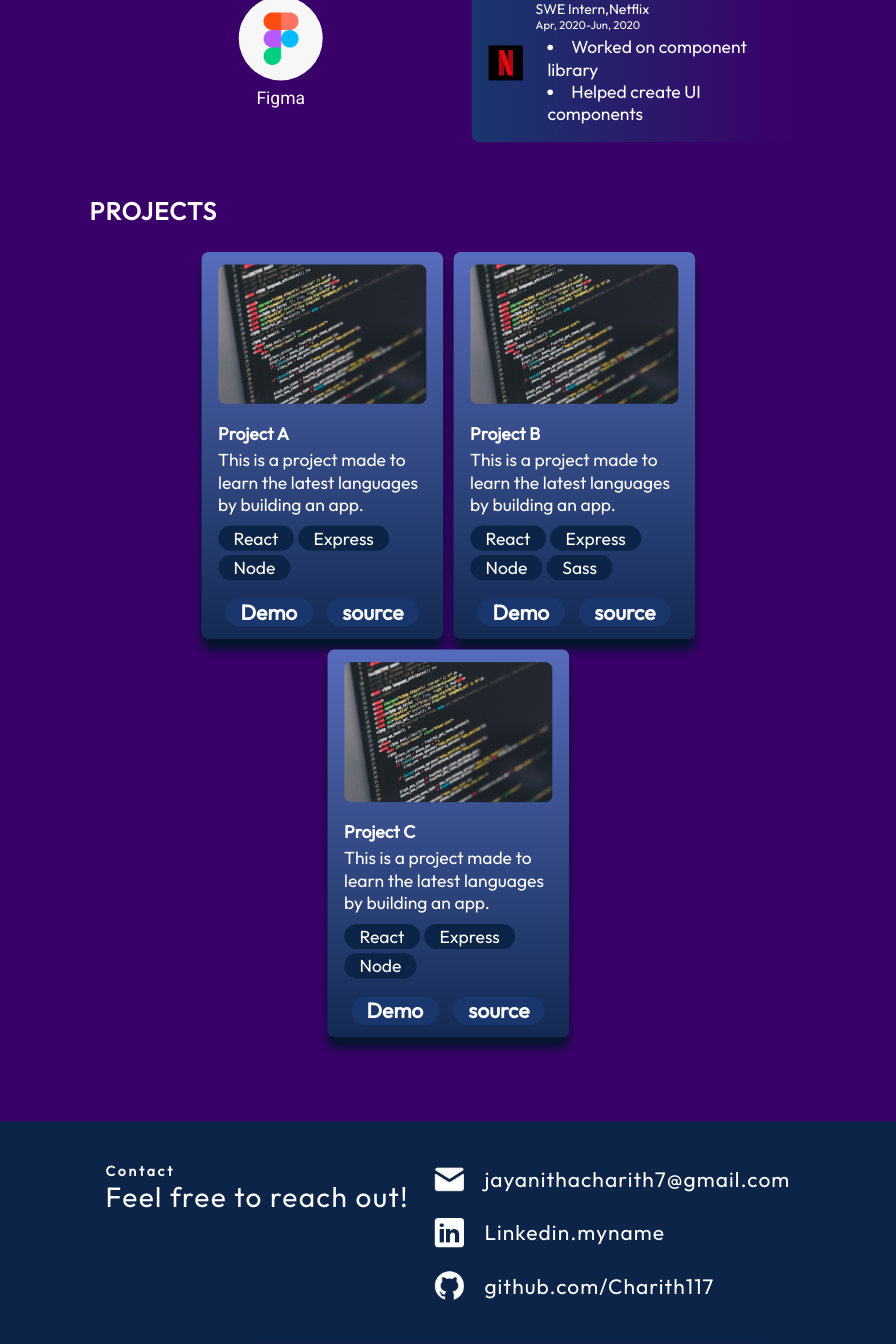
Repository: Charith117/personl-portfolio
Page: /
These files come from the project's save history. The page is drawn as it stood at one moment and after the next save; the edit follows.
The browser window is 1280 px wide. The pictures show the part of the page from y = 2137 to 4057 px (the page is 4057 px tall), at 70% of full size.
The project was rebuilt for these pictures with package versions that can differ from the ones it lists, and the page was loaded fresh each time. Also part of the build but not shown: vite.config.js.

Above is the page before, as saved 2024-06-18 11:49:02.

### index.html
<!doctype html>
<html lang="en">
  <head>
    <meta charset="UTF-8" />
    <link rel="icon" type="image/svg+xml" href="/vite.svg" />
    <meta name="viewport" content="width=device-width, initial-scale=1.0" />
    <title>My portfolio</title>
  </head>
  <body>
    <div id="root"></div>
    <script type="module" src="/src/main.jsx"></script>
  </body>
</html>

### src/main.jsx
import React from 'react'
import ReactDOM from 'react-dom/client'
import App from './App.jsx'
import './index.css'
import "@fontsource/outfit"
import "@fontsource/roboto"
ReactDOM.createRoot(document.getElementById('root')).render(
  <React.StrictMode>
    <App />
  </React.StrictMode>,
)

### src/App.jsx
import styles from "./App.module.css"
import About from "./components/About/About"
import { Contacts } from "./components/Contact/Contacts"
import Experience from "./components/Experience/Experience"
import Hero from "./components/Hero/Hero"
import Navbar from "./components/Navbar/Navbar"
import { Projects } from "./components/Projects/Projects"




function App() {


  return (
    <>
      <div className={styles.App}>
        <Navbar />
        <Hero/>
        <About/>
        <Experience/>
        <Projects/>
       <Contacts/>
      </div>
    </>
  )
}

export default App

### src/index.css
*{
  box-sizing: border-box;
  margin: 0;
  padding: 0;
  font-family: "outfit",Arial,Helvetica,sans-serif;
}
html{
  scroll-behavior: smooth;
}

### src/App.module.css
@import "./var.css";

.App{
    background-color:var(--color-bg);
    width: 100%;
    height: 100%;
    overflow: hidden;

}

### src/components/About/About.jsx
import React from 'react'
import styles from "./About.module.css"
import {getImageUrl} from "../../util";

const About = () => {
  return (
    <section className={styles.container}id='about'>
        <h2 className={styles.title}>about</h2>
        <div className={styles.content}>
            <img className={styles.aboutImage} src={getImageUrl("about/aboutImage.png")} alt="mMe sitting with the laptop" />
            <ul className={styles.aboutItems}>
                <li className={styles.aboutItem}>
                    <img src={getImageUrl("about/cursorIcon.png")} alt="cursor icon" />
                    <div className={styles.aboutItemText}>
                        <h3>Frontend Developer</h3>
                        <p>I'm a frontend developer with a passion for building responsive, scalable, and maintainable</p>
                    </div>
                </li>

                <li className={styles.aboutItem} >
                    <img src={getImageUrl("about/serverIcon.png")} alt="cursor icon" />
                    <div className={styles.aboutItemText}>
                        <h3>Backend Developer</h3>
                        <p>I'm a backend developer with a passion for building scalable, secure, and efficient</p>

                    </div>
                </li>

                <li className={styles.aboutItem}>
                    <img src={getImageUrl("about/uiIcon.png")} alt="cursor icon" />
                    <div className={styles.aboutItemText}>
                        <h3>UI/UX Designer</h3>
                        <p>I'm a UI/UX designer with a passion for building intuitive, user-friendly,</p>
                    </div>
                </li>
            </ul>
        </div>
    </section>
  )
}

export default About

### src/components/Contact/Contacts.jsx
import React from 'react'
import {getImageUrl} from "../../util"
import styles from "./Contact.module.css"
export const Contacts = () => {
  return (
    <footer className={styles.container}>
    <div className={styles.text}>
        <h2>Contact</h2>
        <p>Feel free to reach out!</p>
    </div>
    <ul className={styles.links}>
        <li className={styles.link}>
            <img src={getImageUrl("contact/emailIcon.png")} alt="emial icon" />
            <a href="mailto:jayanithacharith7@gmail.com">jayanithacharith7@gmail.com</a>
        </li>
        <li className={styles.link}>
            <img src={getImageUrl("contact/linkedinIcon.png")} alt="linked icon" />
            <a href="https://www.linkedin.com/myname">Linkedin.myname</a>
        </li>
        <li className={styles.link}>
            <img src={getImageUrl("contact/githubIcon.png")} alt="emial icon" />
            <a href="https://github.com/Charith117">github.com/Charith117</a>
        </li>
    </ul>
</footer>
  )
}

### src/components/Experience/Experience.jsx
import React from 'react'
import skills from "../../data/skills.json"
import history from "../../data/history.json"
import styles from "./Experience.module.css"
import { getImageUrl } from '../../util'
const Experience = () => {
  return (

    <section className={styles.container} id='experience'>
        <h2 className={styles.title}>Experience</h2>
        <div className={styles.content}>
            <div className={styles.skills}>
              { skills.map((skill, id)=>{
                    return (
                    <div key={id} className={styles.skill}>
                                <div className={styles.skillImageContainer}><img src={getImageUrl(skill.imageSrc)} alt={skill.title} />

                                </div>
                                <p>{skill.title}</p>
                         </div>

                         );
               })}
            </div>
            <ul className={styles.history}>
                {
                    history.map((historyItem,id)=>{
                        return <li key={id} className={styles.historyItem}>
                                <img src={getImageUrl(historyItem.imageSrc)}
                                alt={`${historyItem.organisation}Logo`} />

                                <div className={styles.historyItemDetails}>
                                    <h3>{`${historyItem.role},${historyItem.organisation}`}</h3>
                                    <p>{`${historyItem.startDate}-${historyItem.endDate}`}</p>
                                    <ul>
                                        {historyItem.experiences.map((experience,id)=>{
                                            return <li key={id}>{experience}</li>
                                        })}
                                    </ul>
                                </div>
                        </li>
                    })
                }
            </ul>
        </div>
    </section>
  )
}

export default Experience

### src/components/Hero/Hero.jsx
import React from 'react'
import styles from "./Hero.module.css";
import {getImageUrl} from"../../util";

const Hero = () => {
  return (
    <section className={styles.container}>
    <div className={styles.content}>
        <h1 className={styles.title}>Hi im Charith</h1>
        <p className={styles.description}>
            Im Full satck developer but im still lerning things so if you need im here
        </p>


     <div class="buttonContainer">
         <a href="mailto:jayanithacharith7@gmail.com" class={styles.contactBtn}>Contact me</a>
          <a href="path/to/your/CV.pdf" download class={styles.downloadBtn}>Download CV</a>
    </div>

    </div>
    <img className={styles.heroImg} src={getImageUrl("hero/heroImage.png")} alt="Her" />
    <div className={styles.topBlur}></div>
    <div className={styles.bottomBlur}></div>
  </section>
  );

};

export default Hero

### src/components/Navbar/Navbar.jsx
import React,{useState} from 'react';
import styles from "./Navbar.module.css";

import{getImageUrl} from "../../util";

const Navbar = () => {

const[menuOpen,setMenuOpen]=useState(false);



  return <nav className={styles.navbar}>
    <a className={styles.title} href="/">Portfolio</a>

    <div className={styles.menu}>
        <img className={styles.menuBtn}
        src={
          menuOpen
          ? getImageUrl("nav/closeIcon.png")
          : getImageUrl("nav/menuIcon.png")
          }
          onClick={()=>setMenuOpen(!menuOpen)}

          />
        <ul
        className={`${styles.menuitems} ${menuOpen && styles.menuOpen}`}
          onclick={()=>setMenuOpen(false)}
        >
                 <li>
                      <a href="#about">About</a>
                </li>
                 <li>
                      <a href="#experience">Experience</a>
                </li>
                <li>
                      <a href="#projects">Projects</a>
                </li>
                 <li>
                     <a href="#about">About</a>
                </li>
        </ul>
    </div>
  </nav>
}

export default Navbar

### src/components/Projects/Projects.jsx
import React from 'react'
import styles from "./Projects.module.css"
import Project from "../../data/project.json"
import {ProjectCard} from "./ProjectCard"


export const Projects = () => {
  return (
    <section className={styles.container} id='projects'>
        <h2 className={styles.title}>Projects</h2>
        <div className={styles.projects}>
          {Project.map((project,id)=>{
            return <ProjectCard key={id} project={project}/>;
          })}
        </div>
    </section>
  )
}

### src/var.css
:root{
    /* colors */
    --color-text:#fff;
    --color-primary:#19376d;
    --color-secondary:#f7f7f7;
    --color-dark:#0b2447;
    --color-bg:#3a006a;


    /* fonts */
    --font-roboto:"Roboto";

}

### src/components/About/About.module.css
@import "../../var.css";


.container{
    position:relative;
    background-color: rgba(12, 12, 12,0.6);
    border-radius: 15px;
    padding: 73px;
    margin-top: 129px;
    z-index: 1;
    margin-left: 10%;
    margin-right: 10%;
}

.title{
    color: var(--color-text);
    font-size: 35px;
    font-weight: 700;
    letter-spacing: 1.75px;
    text-transform: uppercase;
}

.content{
    display: flex;
    flex-direction: row;
    align-items: center;
}
.aboutImage{
    width: 25%;
}

.aboutItems{
    color:var(--color-text);
    display: flex;
    flex-direction:  column;
    gap: 50px;

}

.aboutItem{
    display:flex;
    flex-direction: row;
    align-items: center;
    border-radius:20px;
    list-style: none;
    padding: 25px;
    background-image: linear-gradient(90deg,
    rgba(165,215,232,0.42)0%,
    rgba(225,225,225,0)100%

    );

    background-size: 0 100%;
    background-repeat: no-repeat;
    transition:0.4s;

}

.aboutItem:hover{
background-size:100% 100%;

}

.about{
    font-size: 25px;
    font-weight: 600;
}

.aboutItem p{
    font-size: 25px;

}

@media screen and (max-width :830px){
  .container{
    background-color:transparent;
    padding-left: 0;
    padding-right: 0;

  }

  .content{
    font-display: column;

  }
  .aboutImage{
    display: none;
  }
  .aboutItems{
    margin-top: 29px;
  }
  .aboutItem{
    padding-left: 0;
  }

}

### src/util.js
export const getImageUrl=(path)=>{
    return new URL(`/assets/${path}`,import.meta.url).href;
}

### src/components/Contact/Contact.module.css
@import "../../var.css";


.container{
    color: var(--color-text);
    margin-top: 120px;
    background-color: var(--color-dark);
    display: flex;
    flex-direction: row;
    justify-content: space-evenly;
    width: 100vw;
    padding: 58px 10%;
    gap: 10px;


}

.text h2{
    font-size: 20px;
    font-weight: 700;
    letter-spacing: 4px;
}

.text p{
    font-size: 40px;
    font-weight: 400;
    letter-spacing: 2px;
}


.links{
    display: flex;
    flex-direction: column;
    align-items: flex-start;
    list-style: none;
    gap: 26px;
}
.link{
    display: flex;
    align-items: center;
    gap: 25px;
}
.link a{
    color:var(--color-text);
    text-decoration: none ;
    font-size: 30px;
    font-weight: 400;
    letter-spacing: 1.5px;
}

/* @media screen and(max-width:830px){
    .container{
            flex-direction: column;
            gap: 23px;

        }

    .text{
        display: flex;
        flex-direction: column;
        align-items: center;
        font-size: 30px;

    }

    .links{
        align-items: center;
    }



    } */

### src/components/Experience/Experience.module.css
@import "../../var.css";


.container{
    color:var(--color-text);
    margin-top: 79px;
    margin-left: 10%;
    margin-right: 10%;
}

.title{
    color:var(--color-text);
    font-size: 35px;
    font-weight: 700;
    letter-spacing: 1.75px;
    text-transform: uppercase;
}

.content{
    display: flex;
    flex-direction:row ;
    justify-content: space-evenly;
    margin-top: 14px;
}
.skills{
    width: 50%;
    display: flex;
    flex-wrap:wrap;
    gap:37px;
    justify-content: center;


}

.skill{
     display: flex;
     flex-direction: column;
     align-items: center;
     gap: 11px;
}

.skillImageContainer{
    background-color:var(--color-secondary) ;
    border-radius: 100%;
    display: flex;
    align-items: center;
    justify-content: center;
    width: 120px;
    height: 120px;
}

.skillImageContainer img{

width: 75px;

}
.skill p{
    font-size: 25px;
    font-family:var(--font-roboto);
    font-weight: 500;
}

.history{
    width: 45%;
    display: flex;
    flex-direction: column;
    gap: 40px;
}

.historyItem{
    display:flex;
    flex-direction: row;
    align-items:center;
    gap:17px;
    background: #19376d;
    background: linear-gradient(90deg,#19376d 0%,rgba(25,55,100,0)100%);
    border-radius: 10px;
    padding: 24px;
}
.history img{
    width: 50px;

}

.historyItemDetails{
    font-family:var(--font-roboto);
}
.historyItemDetails h3{
    font-size: 30px;
    font-weight: 500;
}
.historyItemDetails h3{
    font-size: 20px;
    font-weight: 300;
}
.historyItemDetails ul{
    margin-top: 6px;
    list-style-position: inside;
    font-size: 25px;
    list-style-type: disc;
    margin-left: 17px;

}

@media screen and (max-width:830px){

    .content{

     flex-direction:column;
     align-items:center;
     gap: 34px;
    }


    .skills{
        width: 100px;
        flex-direction: row;
        justify-content: center;


    }
    .history{
        width: 100%;
        gap: 9px;

    }
    .title{
        text-align: center;
    }
}

### src/components/Hero/Hero.module.css
@import "../../var.css";

.container{

    position: relative;
    display: flex;
    align-items: center;
    justify-content: space-between;
    margin-top:49px;
    z-index: 1;
    margin-left: 10%;
    margin-right: 10%;


}

.content{
    display: flex;
    flex-direction: column;
    align-items:flex-start;
    color:var(--color-text);
    z-index: 1;
}
.title{
    font-size: 72px;
    font-weight: 900;
    margin-bottom: 33px;
    font-family: var(--font-roboto);
    background :linear-gradient(90deg,rgba(255,255,255,1)70%,
    rgba(255,255,255,0)120%);

}
.description{
    font-size: 25px;
    font-family: var(--font-roboto);
    margin-bottom: 20px;

}
.contactBtn, .downloadBtn {
    text-decoration: none;
    background-color: var(--color-primary);
    color: var(--color-text);
    border-radius: 100px;
    font-size: 25px;
    font-weight: 600;
    padding: 15px 22px;
    box-shadow: 0 0 4px 0 rgba(0, 0, 0, 0.25);
    display: inline-block; /* Ensure it behaves like a button */
    margin: 0 10px;

}

.downloadBtn:hover{
    color:rgb(53, 52, 53);
    background-color:blanchedalmond;
}
.contactBtn:hover{
    color:rgb(53, 52, 53);
    background-color:blanchedalmond;
}



.buttonContainer{
    display: flex;

    align-items: center;
}
.heroImg{
    width: 50%;
    z-index: 1;


    animation: floating 3s ease-in-out infinite;
}

@keyframes floating{
    0%{
        transform: translate(0,0px);
    }
    50%{
        transform: translate(0,10px);
    }

    100%{
        transform: translate(0,-0px);
    }


}
.topBlur{
    position: absolute;
    width: 50vw;
    height: 50vw;
    min-width: 350px;
    min-height: 350px;
    top: -120px;
    left: 25vw;
    background-repeat: 500px;
    background:rgba(25, 55, 109, 0.7);
    filter:blur(100px);
    z-index: 0;

}
/* .bottomBlur{
    position: absolute;
    width: 70vw;
    height: 50vw;
    min-width: 350px;
    min-height: 250px;
    top: 264px;
    left: -25vw;
    background-repeat: 764px;
    background:rgba(25, 55, 109, 0.7);
    filter:blur(100px);
    z-index: 0;
    overflow: hidden;

} */

@media screen and (max-width:830px) {
    .container{
        flex-direction:column-reverse;
    }
    .content{
        align-items:center;
    }
    .title{
        font-size: 50px;
        font-weight: 900;
        margin-bottom: 33px;
        font-family: var(--font-roboto);
        background :linear-gradient(90deg,rgba(255,255,255,1)70%,
        rgba(255,255,255,0)120%);

        -webkit-text-fill-color:transparent;
        -webkit-background-clip: text ;
    }

    .contactBtn, .downloadBtn {
        text-decoration: none;
        background-color: var(--color-primary);
        color: var(--color-text);
        border-radius: 100px;
        font-size: 18px;
        font-weight: 600;
        padding: 12px 20px;
        box-shadow: 0 0 4px 0 rgba(0, 0, 0, 0.25);
        display: inline-block; /* Ensure it behaves like a button */
        margin: 0 5px;
        margin-top: 5px;
    }
}

### src/components/Navbar/Navbar.module.css
@import "../../var.css";

.navbar{

    position: relative;
    display: flex;
    align-items: center;
    justify-content: space-between;
    padding-top: 61px;
    z-index: 2;
    margin: 0 10%;
}
.title{
    font-size:30px;
    font-weight: 600;
    text-decoration: none;
    color:var(--color-text);

}
.menu{
    display: flex;

}
.menuitems{
    display:flex;
    gap: 47px;
    list-style: none;
}
.menuitems a{
    font-size: 25px;
    text-decoration: none;
    color:var(--color-text);
}
.menuBtn{
    display: none;


}


@media screen and (max-width: 830px){
    .navbar{
        flex-direction: column;
        align-items:flex-start;
    }

    .menu{
        position: absolute;
        right: 0;
        margin-right: 10%;
        flex-direction: column;
        align-items:flex-end;
        gap: 11px;
        z-index: 3;
    }
    .menuBtn{
        display: block;
        cursor: pointer;

    }
    .menuitems{
        display: none;
        flex-direction: column;
        align-items: center;
        gap: 13px;
        border-radius:10px;
        padding: 5px;
        background:rgb(25,55,109);




    }
    .menuOpen{
        display: flex;
        z-index: 1;
    }
}

### src/components/Projects/Projects.module.css
@import "../../var.css";


.container{
    margin-top: 76px;
    color: var(--color-text);
    margin-left: 10%;
    margin-right: 10%;
}
.title{
    font-size: 35px;
    font-weight: 700;
    letter-spacing: 1.75px;
    text-transform: uppercase;
}

.projects{
    margin-top: 37px;
    display: flex;
    flex-direction: row;
    flex-wrap: wrap;
    align-items: center;
    justify-content:center;
    gap: 15px;
    width: 100%;

}

### src/components/Projects/ProjectCard.jsx
import React from 'react'
import styles from "./ProjectCard.module.css"
import {getImageUrl} from "../../util"

export const ProjectCard = ({project:{title,imageSrc,description,demo,source,skills}}) => {
  return (
    <div className={styles.container} id='project'>
          <img
          className={styles.image}
          src={getImageUrl(imageSrc)}
          alt={`image of${title}`}/>

          <h3 className={styles.title}>{title}</h3>
          <p className={styles.description}>{description}</p>

          <ul className={styles.skills}>
            {skills.map((skill,id)=>{
             return <li  key={id} className={styles.skill}>{skill}</li>
            })}
          </ul>

          <div className={styles.links}>
            <a href={demo}className={styles.link}>Demo</a>
            <a href={source}className={styles.link}>source

            </a>
          </div>
  </div>
   );
};

### src/components/Projects/ProjectCard.module.css
@import "../../var.css";


.container{
    display: flex;
    flex-direction: column;
    border-radius:10px;
    background: linear-gradient(180deg,#576cbc 0%,#132a53 100%);
    box-shadow: 0 16px 14px 0 #04152d;
    padding: 18px 24px;
    max-width: 345px;


}
.image{
    margin-bottom: 26px;

}
.title{
    font-size: 25px;
    font-weight: 700;
}

.description{
    margin-top: 6px;
    font-size: 25px;
    font-weight: 400;
}
.skills{
    width: 100%;
    margin-top: 14px;
    display: flex;
    font-display: row;
    flex-wrap: wrap;
    gap: 6px;
    list-style: none;
}

.skill{
    font-size: 25px;
    font-weight: 400;
    border-radius:100px;
    background:var(--color-dark);
    padding: 2px 22px;


}
.links{
    width: 100%;
    margin-top: 26px;
    display: flex;
    justify-content: space-around;

}

.link{
    text-decoration: none;
    color:var(--color-text);
    font-size: 30px;
    font-weight: 600;
    border-radius:100px;
    background:var(--color-primary);
    padding: 1px 22px;

}

Loaded but not shown: src/data/skills.json (common file); src/data/history.json (common file); src/data/project.json (common file)

After the next save:
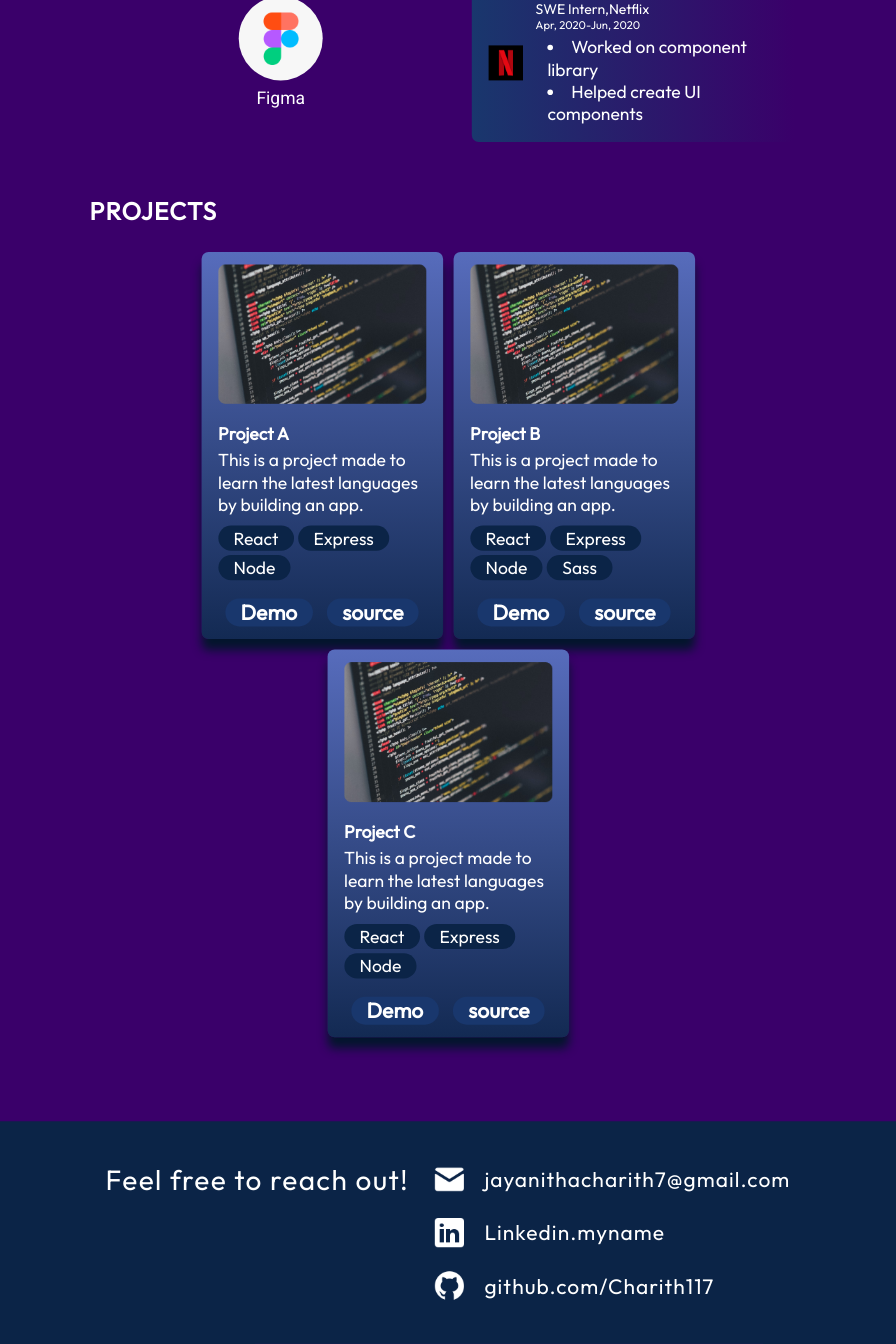
Saved 9 s later.
--- a/src/components/Contact/Contact.module.css
+++ b/src/components/Contact/Contact.module.css
@@ -16,7 +16,7 @@
 }
 
 .text h2{
-    font-size: 20px;
+    font-size: 0px;
     font-weight: 700;
     letter-spacing: 4px;
 }
